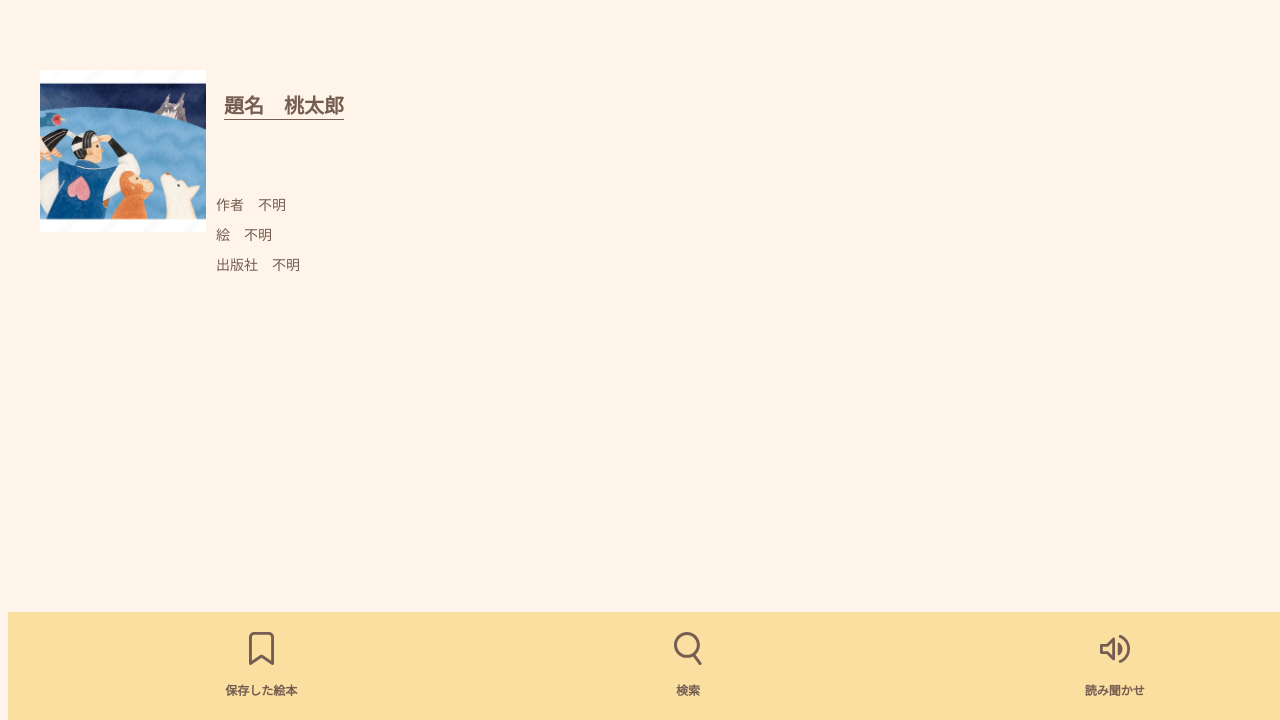
Repository: kmii12/2024-teampj
Page: /result/resultDetail/1
An editor plug-in stored every save of this project. The page is shown before and after the next save, followed by the edit.
The browser window is 1280 px wide. The pictures show the whole page.
The project was rebuilt for these pictures with package versions that can differ from the ones it lists, and the page was loaded fresh each time. The framework's server and built-in components were replaced by stand-ins that run in the browser. Also part of the build but not shown: next.config.mjs.

Above is the page before, as saved 2024-10-29 23:34:10.

### src/app/result/resultDetail/[id]/page.tsx
"use client";

import { useParams } from "next/navigation";
import { useEffect, useState } from "react";
import detailStyles from "./ResultDetail.module.scss";
import styles from "../../Result.module.scss";

interface ResultData {
  id: number;
  title: string;
  writer: string;
  illustrator: string;
  image: string;
  livingThing: string[];
  mainCharacter: string;
  character: string[];
  genre: string;
  location: string;
  hue: string;
  atmosphere: string[];
  season: string;
}

const ResultDetail: React.FC = () => {
  const { id } = useParams(); // URLから動的なIDを取得

  const [resultDetails, setResultDetails] = useState<ResultData | null>(null); // 本のデータを保存するstate

  // ダミーデータ（あとからfirebaseから取得）
  const ResultDatas: ResultData[] = [
    {
      id: 1,
      title: "桃太郎",
      writer: "不明",
      illustrator: "不明",
      image: "/img/momotaro.jpeg",
      livingThing: ["人間", "陸の生き物", "空の生き物"],
      mainCharacter: "桃太郎",
      character: [
        "桃太郎",
        "犬",
        "猿",
        "キジ",
        "鬼",
        "おじいさん",
        "おばあさん",
      ],
      genre: "昔話",
      location: "日本",
      hue: "不明",
      atmosphere: "",
      season: "不明",
    },
    {
      id: 2,
      title: "赤ずきん",
      writer: "不明",
      illustrator: "不明",
      image: "/img/littleRedRidingHood.jpeg",
      livingThing: ["人間", "陸の生き物", "空の生き物"],
      mainCharacter: "赤ずきん",
      character: ["赤ずきん", "おばあさん", "オオカミ"],
      hue: "不明",
      atmosphere: ["かわいい", "怖い"],
      genre: "昔話",
      location: "海外",
      season: "不明",
    },
    {
      id: 3,
      title: "シンデレラ",
      writer: "不明",
      illustrator: "不明",
      image: "/img/cinderella.jpeg",
      livingThing: "人間",
      mainCharacter: "シンデレラ",
      character: ["シンデレラ", "王子", "魔法使い"],
      genre: "昔話",
      location: "海外",
      hue: "不明",
      atmosphere: "",
      season: "不明",
    },
    {
      id: 4,
      title: "白雪姫",
      writer: "不明",
      illustrator: "不明",
      image: "/img/snowWhite.jpeg",
      livingThing: ["人間", "陸の生き物"],
      mainCharacter: "白雪姫",
      character: ["白雪姫", "王子", "魔女", "小人"],
      genre: "昔話",
      location: "海外",
      hue: "不明",
      atmosphere: "",
      season: "不明",
    },
    {
      id: 5,
      title: "アラジンと魔法のランプ",
      writer: "不明",
      illustrator: "不明",
      image: "/img/aladdin.jpeg",
      livingThing: ["人間", "陸の生き物"],
      mainCharacter: "アラジン",
      character: ["アラジン", "ジーニー", "王女", "魔法使い", "盗賊"],
      genre: "昔話",
      location: "海外",
      hue: "不明",
      atmosphere: "",
      season: "不明",
    },
  ];

  useEffect(() => {
    // idがまだundefinedの状態では処理しないようにする
    if (id) {
      const numericId = parseInt(id, 10); // idを数値に変換
      const foundDetail = ResultDatas.find((item) => item.id === numericId); // idでデータを検索
      setResultDetails(foundDetail || null); // 見つからなかった場合はnullを設定
    }
  }, [id]);

  if (!resultDetails) {
    return <p>Loading...</p>;
  }

  return (
    <>
      <div className={styles.resultContainer}>
        <div className={detailStyles.detailTtlWrap}>
          <div className={detailStyles.itemImageWrap}>
            <img
              src={resultDetails.image}
              alt={resultDetails.title}
              className={detailStyles.image}
            />
          </div>
          <div className={detailStyles.itemDescriptionWrap}>
            <h3 className="title">題名　{resultDetails.title}</h3>
            <div className={detailStyles.fixedBottom}>
              <p className="writer">作者　{resultDetails.writer}</p>
              <p className="illustrator">絵　{resultDetails.illustrator}</p>
              <p className="">出版社　{resultDetails.illustrator}</p>
            </div>
          </div>
        </div>
      </div>
    </>
  );
};

export default ResultDetail;

### src/app/globals.css
html {
  font-size: 62.5%;
}

body {
  font-family: "Zen Maru Gothic", serif;
  background-color: #fff4ea;
}

a {
  color: inherit;
  text-decoration: none;
}

li {
  list-style-type: none;
}

### src/app/components/Footer.tsx
"use client";

import Link from "next/link";
import styles from "./Footer.module.scss";
import { usePathname } from "next/navigation";

export default function Footer() {
  const pathname = usePathname();

  return (
    <footer className={styles.footer}>
      <nav>
        <ul>
          <li>
            <Link
              href="/saved"
              className={pathname === "/saved" ? styles.active : ""}
            >
              <svg
                xmlns="http://www.w3.org/2000/svg"
                width="40"
                height="40"
                viewBox="0 0 40 40"
                fill="none"
              >
                <path
                  d="M31.5577 36C31.2643 35.9944 30.9782 35.9096 30.7308 35.7549L20.5 28.7589L10.2692 35.7549C10.0433 35.8898 9.78379 35.9611 9.51923 35.9611C9.25467 35.9611 8.99521 35.8898 8.76923 35.7549C8.54791 35.643 8.3604 35.4762 8.22542 35.271C8.09043 35.0658 8.01271 34.8295 8 34.5857V8.18571C8 6.81038 8.55718 5.49137 9.54895 4.51886C10.5407 3.54635 11.8859 3 13.2885 3H27.7115C29.1141 3 30.4593 3.54635 31.451 4.51886C32.4428 5.49137 33 6.81038 33 8.18571V34.5857C33.001 34.8425 32.9297 35.0945 32.7939 35.3141C32.6582 35.5337 32.4633 35.7123 32.2308 35.8303C32.0245 35.9413 31.793 35.9996 31.5577 36ZM20.5 25.6286C20.7947 25.6255 21.0833 25.7111 21.3269 25.8737L30.1154 31.8703V8.18571C30.1154 7.56056 29.8621 6.96101 29.4113 6.51896C28.9605 6.07691 28.3491 5.82857 27.7115 5.82857H13.2885C12.6509 5.82857 12.0395 6.07691 11.5887 6.51896C11.1379 6.96101 10.8846 7.56056 10.8846 8.18571V31.8703L19.6731 25.8737C19.9167 25.7111 20.2053 25.6255 20.5 25.6286Z"
                  fill={pathname === "/saved" ? "#c96868" : "#755D52"}
                />
              </svg>
              <p
                style={{
                  color: pathname === "/saved" ? "#c96868" : "#755D52",
                }}
              >
                保存した絵本
              </p>
            </Link>
          </li>
          <li>
            <Link href="/" className={pathname === "/" ? styles.active : ""}>
              <svg
                xmlns="http://www.w3.org/2000/svg"
                width="40"
                height="40"
                viewBox="0 0 40 40"
                fill="none"
              >
                <path
                  fillRule="evenodd"
                  clipRule="evenodd"
                  d="M18.9346 25.8692C24.4214 25.8692 28.8692 21.4214 28.8692 15.9346C28.8692 10.4479 24.4214 6 18.9346 6C13.4479 6 9 10.4479 9 15.9346C9 21.4214 13.4479 25.8692 18.9346 25.8692ZM18.9346 28.8692C26.0782 28.8692 31.8692 23.0782 31.8692 15.9346C31.8692 8.79103 26.0782 3 18.9346 3C11.791 3 6 8.79103 6 15.9346C6 23.0782 11.791 28.8692 18.9346 28.8692Z"
                  fill={pathname === "/" ? "#c96868" : "#755D52"}
                />
                <path
                  fillRule="evenodd"
                  clipRule="evenodd"
                  d="M33.0447 35.7533C32.3807 36.2486 31.4408 36.1119 30.9455 35.4479L25.0052 27.4848C24.5099 26.8208 24.6466 25.881 25.3106 25.3856C25.9746 24.8903 26.9145 25.027 27.4098 25.691L33.3501 33.6541C33.8455 34.3181 33.7087 35.2579 33.0447 35.7533Z"
                  fill={pathname === "/" ? "#c96868" : "#755D52"}
                />
              </svg>
              <p
                style={{
                  color: pathname === "/" ? "#c96868" : "#755D52",
                }}
              >
                検索
              </p>
            </Link>
          </li>
          <li>
            <Link
              href="/read"
              className={pathname === "/read" ? styles.active : ""}
            >
              <svg
                xmlns="http://www.w3.org/2000/svg"
                width="40"
                height="40"
                viewBox="0 0 40 40"
                fill="none"
              >
                <path
                  d="M32.2221 19.8994C32.2221 17.3902 31.5324 15.124 30.1529 13.1006C28.7732 11.0776 26.9538 9.59382 24.6946 8.64937C24.3335 8.49187 24.0742 8.24423 23.9167 7.90646C23.7592 7.5684 23.7499 7.22812 23.8888 6.88562C24.0371 6.51507 24.2987 6.25576 24.6737 6.10771C25.0487 5.95965 25.4307 5.96424 25.8196 6.12146C28.5879 7.27896 30.8101 9.10076 32.4862 11.5869C34.1621 14.073 35 16.8438 35 19.8994C35 22.9549 34.1621 25.7258 32.4862 28.2119C30.8101 30.698 28.5879 32.5198 25.8196 33.6773C25.4307 33.8345 25.0487 33.8391 24.6737 33.691C24.2987 33.543 24.0371 33.2837 23.8888 32.9131C23.7499 32.5706 23.7592 32.2303 23.9167 31.8923C24.0742 31.5545 24.3335 31.3069 24.6946 31.1494C26.9538 30.2049 28.7732 28.7212 30.1529 26.6981C31.5324 24.6748 32.2221 22.4085 32.2221 19.8994ZM11.6667 24.941H6.38875C5.99069 24.941 5.65972 24.8091 5.39583 24.5452C5.13194 24.2813 5 23.9503 5 23.5523V16.3298C5 15.9317 5.13194 15.6008 5.39583 15.3369C5.65972 15.073 5.99069 14.941 6.38875 14.941H11.6667L17.6388 8.96896C18.074 8.53368 18.5764 8.4341 19.1458 8.67021C19.7153 8.90632 20 9.33451 20 9.95479V29.9273C20 30.5476 19.7153 30.9758 19.1458 31.2119C18.5764 31.448 18.074 31.3484 17.6388 30.9131L11.6667 24.941ZM27.5 19.941C27.5 21.293 27.1713 22.5315 26.5138 23.6565C25.8565 24.7815 24.9492 25.6587 23.7917 26.2881C23.5508 26.4178 23.3217 26.4109 23.1042 26.2673C22.8867 26.124 22.7779 25.9226 22.7779 25.6631V14.1631C22.7779 13.904 22.8867 13.7026 23.1042 13.559C23.3217 13.4156 23.5508 13.4087 23.7917 13.5381C24.9492 14.177 25.8565 15.0706 26.5138 16.219C27.1713 17.367 27.5 18.6077 27.5 19.941ZM17.2221 13.5244L12.8887 17.719H7.77792V22.1631H12.8887L17.2221 26.3856V13.5244Z"
                  fill={pathname === "/read" ? "#c96868" : "#755D52"}
                />
              </svg>
              <p
                style={{
                  color: pathname === "/read" ? "#c96868" : "#755D52",
                }}
              >
                読み聞かせ
              </p>
            </Link>
          </li>
        </ul>
      </nav>
    </footer>
  );
}

### src/app/result/resultDetail/[id]/ResultDetail.module.scss
@import "../../../styles/variables.scss";

.detailTtlWrap {
  padding: 26px 14px;
  margin: 18px;
  width: 360px;
  height: 188px;
  position: relative;
  //Flexで画像と説明を横並びにするためのWrap
  display: flex;
  gap: 18px;
  .itemImageWrap {
    width: 170px;
    height: 162px;
    display: flex;
    // align-items: center;
    // justify-content: center;

    .image {
      width: 100%;
      height: auto;

      object-fit: cover;
    }
  }

  .itemDescriptionWrap {
    width: 180px;
    .fixedBottom {
      position: absolute;
      bottom: 0px;
      left: 190px;
      p {
        font-size: 1.4rem;
        margin: 10px 0;
      }
    }
  }
}

### src/app/result/Result.module.scss
@import "../styles/variables.scss";

.resultContainer {
  color: $text;
  margin: 44px 0 120px 0; //resultPage全ての上下の余白
  // border: 1px solid #000;

  h2 {
    //検索結果
    position: relative;
    text-align: center;
    font-size: 1.4em;
    margin-bottom: 30px;
    &::before,
    &::after {
      content: "";
      position: absolute;
      top: 50%;
      width: 35%;
      height: 1.5px;
      background-color: #b9a6a6;
    }
    &::before {
      left: 0;
    }
    &::after {
      right: 0;
    }
  }
  h3 {
    //本の題名
    font-size: 2em;
    border-bottom: 1.5px solid $text;
    width: fit-content;
  }

  .resultItem {
    //li
    padding: 26px 14px;
    margin: 18px;
    width: 360px;
    height: 188px;
    background-color: #fff; //一旦
    border-radius: 15px;
    box-shadow: 0px 2px 2px rgba($color: #000000, $alpha: 0.25);
    position: relative;

    .resultItemWrap {
      //Flexで画像と説明を横並びにするためのWrap
      display: flex;
      gap: 18px;
    }
    .itemImageWrap {
      width: 135px;
      height: 135px;
      display: flex;
      // align-items: center;
      // justify-content: center;

      .image {
        width: 100%;
        height: auto;

        object-fit: cover;
      }
    }
    .itemDescriptionWrap {
      width: 180px;
      .fixedBottom {
        position: absolute;
        bottom: 25px;
        left: 170px;
      }
    }
  }
}

### src/app/components/Footer.module.scss
@import "../styles/variables.scss";

.footer {
  width: 100%;
  height: 14dvh;
  padding-top: 1dvh;
  background-color: $main;
  position: fixed;
  bottom: 0;
  nav {
    width: inherit;
    height: inherit;
    ul {
      width: inherit;
      height: auto;
      display: flex;
      justify-content: space-around;
      align-items: center;
      li {
        width: calc(100% / 3);
        a {
          display: flex;
          flex-direction: column;
          justify-content: center;
          align-items: center;
          p {
            font-weight: 700;
            font-size: 1.2rem;
          }
        }
      }
    }
  }
}

### src/app/styles/variables.scss
// sassでカラーを使用するとき用

// 使用するファイルで最初に下記を記述
// コンポーネント用 → @import "../styles/variables.scss";
// ページ用 → @import "./styles/variables.scss";

$base: #fff4ea;
$main: #fadfa1;
$sub: #c96868;
$accent: #7eacb5;
$text: #755d52;
$main_pale: #fbe8bb;

Loaded but not shown: src/app/layout.tsx (common file)

After the next save:
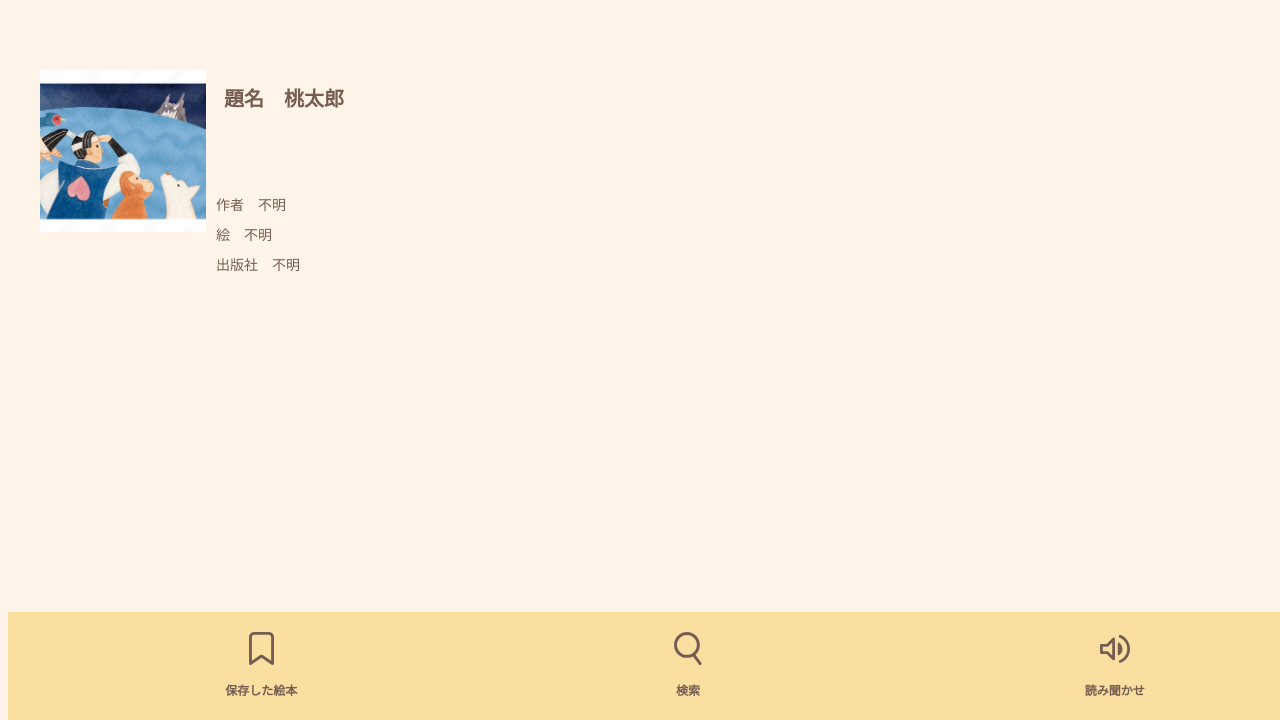
Saved 3 min 58 s later.
--- a/src/app/result/resultDetail/[id]/page.tsx
+++ b/src/app/result/resultDetail/[id]/page.tsx
@@ -138,7 +138,7 @@ const ResultDetail: React.FC = () => {
             />
           </div>
           <div className={detailStyles.itemDescriptionWrap}>
-            <h3 className="title">題名　{resultDetails.title}</h3>
+            <h1 className="title">題名　{resultDetails.title}</h1>
             <div className={detailStyles.fixedBottom}>
               <p className="writer">作者　{resultDetails.writer}</p>
               <p className="illustrator">絵　{resultDetails.illustrator}</p>
@@ -146,6 +146,8 @@ const ResultDetail: React.FC = () => {
             </div>
           </div>
         </div>
+
+        <div className={detailStyles.descriptionContainer}></div>
       </div>
     </>
   );
